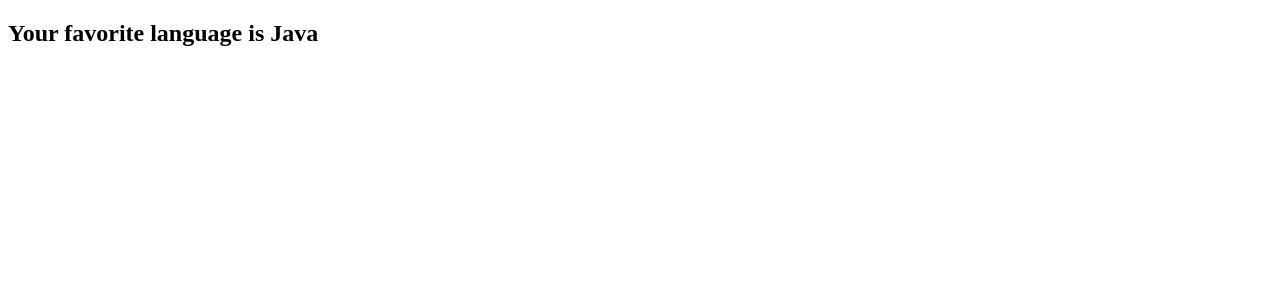
Repository: SuyashAwasthy/Javaee
Page: http://localhost/05-jsp-cookie-demo/cookie-home.jsp
These files come from the project's save history. The page is drawn as it stood at one moment and after the next save; the edit follows.
The browser window is 1280 px wide. The pictures show the whole page.
The page is served by Tomcat 9.

Above is the page before, as saved 2024-07-15 06:24:53.

After the next save:
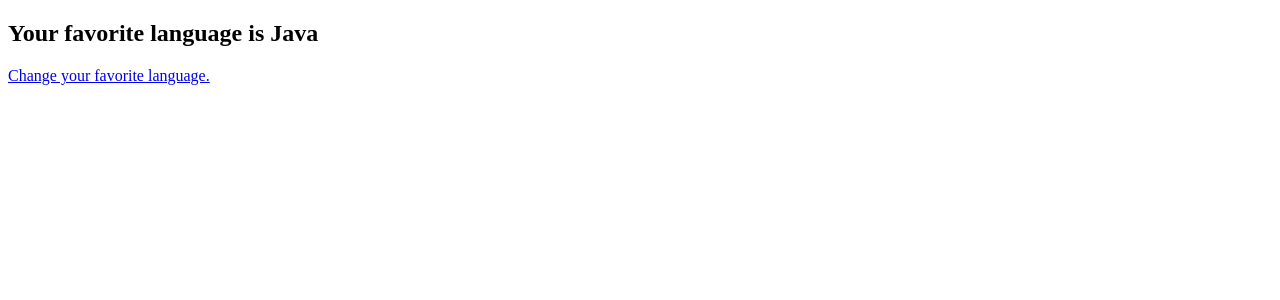
Saved 52 s later.
--- a/05-jsp-cookie-demo/WebContent/cookie-home.jsp
+++ b/05-jsp-cookie-demo/WebContent/cookie-home.jsp
@@ -22,6 +22,6 @@
 	%>
 
 	<h2>Your favorite language is <%=favLanguage %></h2>
-
+	<a href="cookie-form.jsp">Change your favorite language.</a>
 </body>
 </html>
